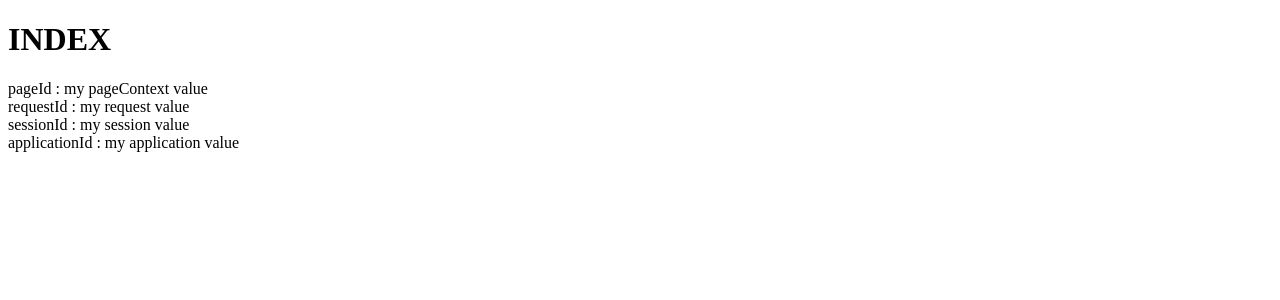
Repository: december-moon/WEB
Page: http://localhost/Jsp06_Scope/
The author's editor kept a copy of each file at every save. The page is drawn from the files as they stood at one save, then again after the next save.
The browser window is 1280 px wide. The pictures show the whole page.
The page is served by Tomcat 9.

Above is the page before, as saved 2021-02-23 04:54:01.

After the next save:
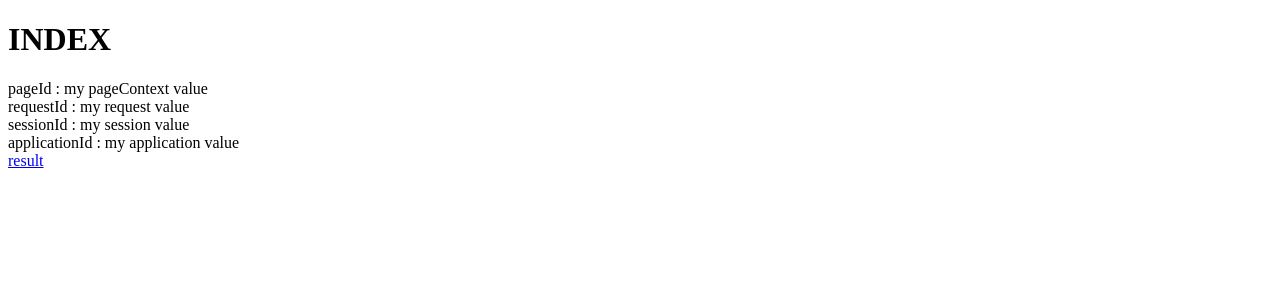
Saved 5 s later.
--- a/Jsp06_Scope/WebContent/index.jsp
+++ b/Jsp06_Scope/WebContent/index.jsp
@@ -24,6 +24,8 @@
 	sessionId : <%=session.getAttribute("sessionId") %><br/>
 	applicationId : <%=application.getAttribute("applicationId") %></br>
 
+	<a href="result.jsp">result</a></br>
+
 
 </body>
 </html>
